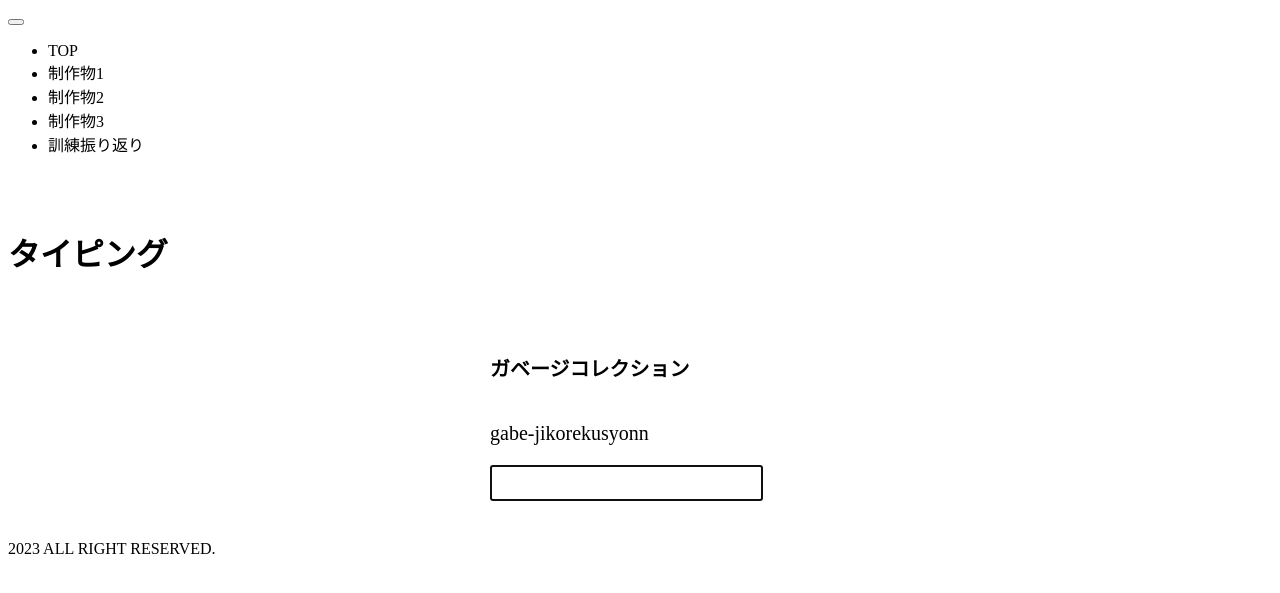
Repository: yuki-kuro/portfolio
Page: http://localhost/TypingGame/TypingGameServlet
An editor plug-in stored every save of this project. The page is shown before and after the next save, followed by the edit.
The browser window is 1280 px wide. The pictures show the whole page.
The page is served by Tomcat 9.

Above is the page before, as saved 2023-06-27 04:13:51.
Not found: TypingGame/BJServletRensyu2/卒業制作/css/kyoutuu.css
Not found: TypingGame/TypingGame/js/hamb.js

After the next save:
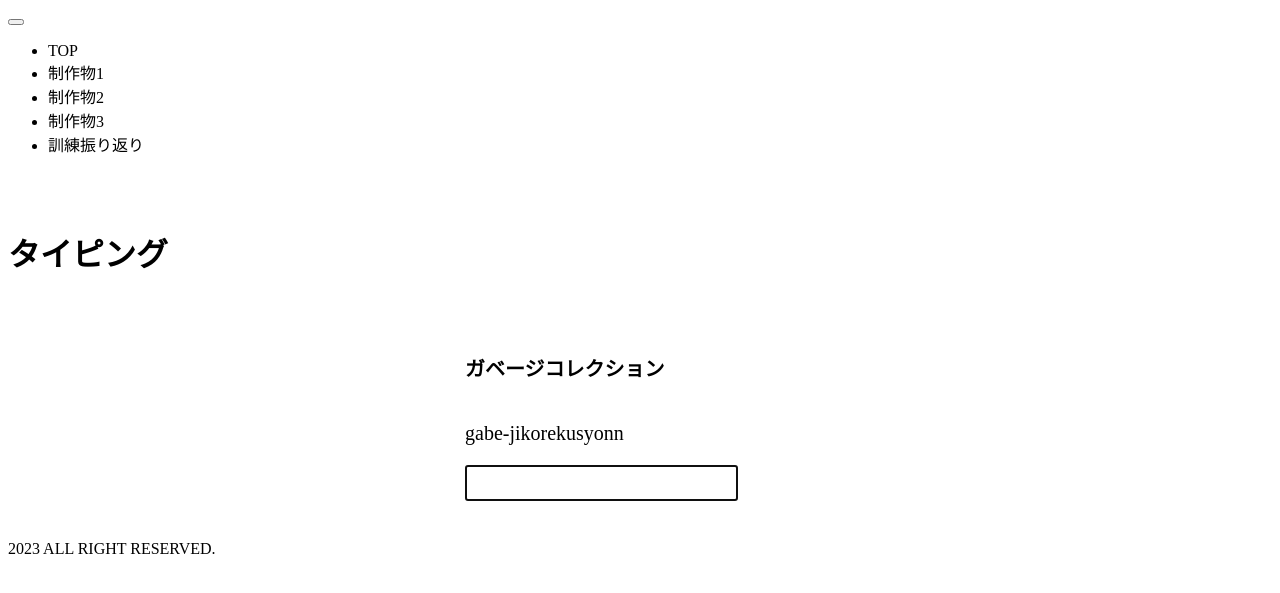
Saved 3 min 10 s later.
--- a/TypingGame/src/main/webapp/css/Typing.css
+++ b/TypingGame/src/main/webapp/css/Typing.css
@@ -11,7 +11,7 @@
 .nyuuryoku p,
 .nyuuryoku form {
   text-align: left; /* 左揃え */
-  width: 300px;
+  width: 350px;
 }
 .nyuuryokuform{
 	height:30px;
@@ -24,7 +24,7 @@
 }
 .hantei p {
   text-align: left; /* 左揃え */
-  width: 300px;
+  width: 350px;
 }
 .clear{
   display: flex; /* Flexコンテナとして要素を配置する */
